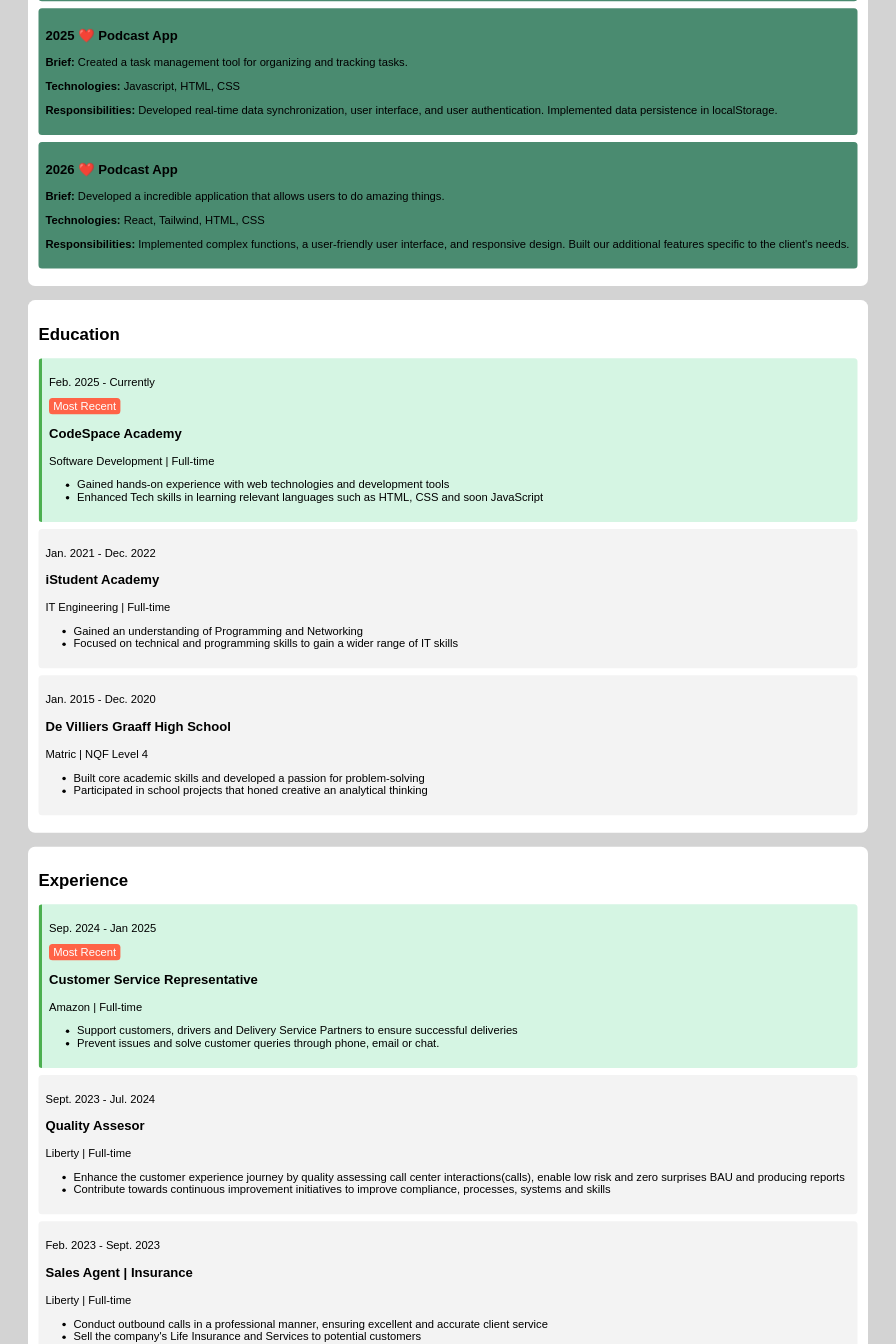
Repository: andajonas/ANDJON25111_fto2502_A2_AndaJonas_SDF_Portfolio_Piece
Page: index.html
The author's editor kept a copy of each file at every save. The page is drawn from the files as they stood at one save, then again after a run of saves.
The browser window is 1280 px wide. The pictures show the part of the page from y = 1024 to 2944 px (the page is 3128 px tall), at 70% of full size.
A picture or video elsewhere on the page could not be fetched, so the positions and the page height are approximate.

Above is the page before, as saved 2025-04-03 21:29:47.

### index.html
<!DOCTYPE html>
<html lang="en">
<head>
    <meta charset="UTF-8">
    <meta name="viewport" content="width=device-width, initial-scale=1.0">
    <title>Anda's Resume Project</title>
    <link rel="stylesheet" href="styles.css">
</head>
<body>

<div class="container">
    <!-- Profile Section -->
    <section class="profile">
        <img src="profile.jpg" alt="Profile Picture" class="profile-pic">
        <div class="profile-info">
            <h1>Anda Jonas</h1>
            <p>I am a beginner Software Developer passionate about building clean and responsive websites that are aesthetically pleasing as well as functional. I am always seeking to refine my skills and stay up to date with the latest trends.</p>
        </div>
    </section>

    <!-- Proficiency and Skills Section -->
    <section class="skills-container">
        <div class="proficiency">
            <h2>Proficiency</h2>
            <p><strong>Beginner Intermediate Advanced</strong></p>
            <p>JavaScript</p><div class="bar"><div class="progress" style="width: 10%;"></div></div>
            <p>React</p><div class="bar"><div class="progress" style="width: 10%;"></div></div>
            <p>Node.js</p><div class="bar"><div class="progress" style="width: 10%;"></div></div>
            <p>HTML + CSS</p><div class="bar"><div class="progress" style="width: 30%;"></div></div>
        </div>

        <div class="skills">
            <h2>Skills</h2>
            <div class="skill-tags">
                <span class="skill-item">Software Development</span>
                <span class="skill-item">Agile</span>
                <span class="skill-item">UI Design</span>
                <span class="skill-item">Problem Solving</span>
                <span class="skill-item">Git And Version Control</span>
                <span class="skill-item">Web Development</span>
                <span class="skill-item">Team Collaboration</span>
                <span class="skill-item">Functional Programming</span>
                <span class="skill-item">RESTful APIs</span>
            </div>
        </div>
    </section>

    <!-- Projects Section -->
    <section class="projects">
        <h2>Projects</h2>
        <div class="project-card">
            <h3>2025 ❤️ Portfolio Website</h3>
            <p><strong>Brief:</strong> Developed a personal portfolio website to showcase projects and skills.</p>
            <p><strong>Technologies:</strong> React, JavaScript, HTML, CSS</p>
            <p><strong>Responsibilities:</strong> Designed and implemented the website, ensured responsiveness and accessibility.</p>
        </div>

        <div class="project-card">
            <h3>2025 ❤️ Podcast App</h3>
            <p><strong>Brief:</strong> Developed a podcast application that allows users to search, subscribe, and listen to various podcasts.</p>
            <p><strong>Technologies:</strong> React, Tailwind, HTML, CSS</p>
            <p><strong>Responsibilities:</strong> Implemented search functionality, an audio player with playback controls, and integrated backend API.</p>
        </div>

        <div class="project-card">
            <h3>2025 ❤️ Podcast App</h3>
            <p><strong>Brief:</strong> Created a task management tool for organizing and tracking tasks.</p>
            <p><strong>Technologies:</strong> Javascript, HTML, CSS</p>
            <p><strong>Responsibilities:</strong> Developed real-time data synchronization, user interface, and user authentication. Implemented data persistence in localStorage.</p>
        </div>

        <div class="project-card">
            <h3>2026 ❤️ Podcast App</h3>
            <p><strong>Brief:</strong> Developed a incredible application that allows users to do amazing things.</p>
            <p><strong>Technologies:</strong> React, Tailwind, HTML, CSS</p>
            <p><strong>Responsibilities:</strong> Implemented complex functions, a user-friendly user interface, and responsive design. Built our additional features specific to the client's needs.</p>
        </div>
    </section>

    <!-- Education Section -->
    <section class="education">
        <h2>Education</h2>
        <div class="education-card green">
            <div class="exp-header">
                <p class="date">Feb. 2025 - Currently</p>
                <span class="tag">Most Recent</span>
            </div>
            <h3>CodeSpace Academy</h3>
            <p class="company">Software Development | Full-time</p>
            <ul>
                <li>Gained hands-on experience with web technologies and development tools</li>
                 <li>Enhanced Tech skills in learning relevant languages such as HTML, CSS and soon JavaScript</li>
        </div>

        <div class="education-card">
            <p class="date">Jan. 2021 - Dec. 2022</p>
            <h3>iStudent Academy</h3>
            <p class="company">IT Engineering | Full-time</p>
            <ul>
                <li>Gained an understanding of Programming and Networking</li>
                <li>Focused on technical and programming skills to gain a wider range of IT skills</li>
            </ul>
        </div>
        <div class="education-card">
            <p class="date">Jan. 2015 - Dec. 2020</p>
            <h3>De Villiers Graaff High School</h3>
            <p class="company">Matric | NQF Level 4</p>
            <ul>
                <li>Built core academic skills and developed a passion for problem-solving</li>
                <li>Participated in school projects that honed creative an analytical thinking</li>
            </ul>
        </div>
    </section>

    <!-- Experience Section -->
    <section class="experience">
        <h2>Experience</h2>
        <div class="experience-card green">
            <div class="exp-header">
                <p class="date">Sep. 2024 - Jan 2025</p>
                <span class="tag">Most Recent</span>
            </div>
            <h3>Customer Service Representative</h3>
            <p class="company">Amazon | Full-time</p>
            <ul>
                <li>Support customers, drivers and Delivery Service Partners to ensure successful deliveries</li>
                <li>Prevent issues and solve customer queries through phone, email or chat.</li>
        </div>

        <div class="experience-card">
            <p class="date">Sept. 2023 - Jul. 2024</p>
            <h3>Quality Assesor</h3>
            <p class="company">Liberty | Full-time</p>
            <ul>
                <li>Enhance the customer experience journey by quality assessing call center interactions(calls), enable low risk and zero surprises BAU and producing reports</li>
                <li>Contribute towards continuous improvement initiatives to improve compliance, processes, systems and skills</li>
            </ul>
        </div>
        <div class="experience-card">
            <p class="date">Feb. 2023 - Sept. 2023</p>
            <h3>Sales Agent | Insurance</h3>
            <p class="company">Liberty | Full-time</p>
            <ul>
                <li>Conduct outbound calls in a professional manner, ensuring excellent and accurate client service</li>
                <li>Sell the company's Life Insurance and Services to potential customers</li>
            </ul>
        </div>
    </section>

    <!-- Contact Section -->
    <section class="contact">
        <p class="contact-text">Let's chat! I'm ready to work on exciting projects.</p>
        <p class="contact-links">
            <a href="mailto:andajonas63@gmail.com">andajonas63@gmail.com</a> |
            <a href="tel:+27655461522"> 065 546 1522</a> |
            <a href="https://www.linkedin.com/in/anda-jonas/" target="_blank" rel="noopener noreferrer">LinkedIn</a> |
            <a href="https://github.com/andajonas" target="_blank" rel="noopener noreferrer"> GitHub</a>
        </p>
    </section>
</div>

</body>
</html>

### styles.css
/* General Layout */
body {
    font-family: Arial, sans-serif;
    margin: 0;
    padding: 0;
    background: #d3d3d3;
}

.container {
    max-width: 1200px;
    margin: auto;
    display: flex;
    flex-direction: column;
    gap: 20px;
}

/* Profile Section */
.profile {
    display: flex;
    align-items: center;
    padding: 20px;
    background: white;
    border-radius: 10px;
    line-height: 24px;

}

.profile-pic {
    width: 144px;
    height: 144px;
    border-radius: 24px;
    object-fit: cover;
    margin-right: 20px;
}

/* Skills Section */
.skills-container {
    display: flex;
    gap: 20px;
}

.proficiency, .skills {
    background: white;
    padding: 15px;
    border-radius: 10px;
    width: 50%;
}

.bar {
    width: 100%;
    height: 5px;
    background: #ddd;
    margin-bottom: 10px;
}

.progress {
    height: 5px;
    background: green;
}

.skill-tags {
    display: flex;
    flex-wrap: wrap;
    gap: 10px;
}

.skill-item {
    background: #ecf4f1;
    padding: 8px 14px;
    border-radius: 6px;
    font-size: 14px;
    display: inline-block;
}

/* Projects Section */
.projects {
    background: white;
    padding: 15px;
    border-radius: 10px;
    display: grid;
}

.project-card {
    background: #4A8B70;
    padding: 10px;
    border-radius: 5px;
    margin-bottom: 10px;
}

/* Education Section */
.education {
    background: white;
    padding: 15px;
    border-radius: 10px;
}

.education-card {
    background: #f3f3f3;
    padding: 10px;
    border-radius: 5px;
    margin-bottom: 10px;
}

/* Experience Section */
.experience {
    background: white;
    padding: 15px;
    border-radius: 10px;
}

.experience-card {
    background: #f3f3f3;
    padding: 10px;
    border-radius: 5px;
    margin-bottom: 10px;
}

.green {
    background: #d5f5e3;
    border-left: 5px solid #4caf50;
}

.tag {
    background: #ff6347;
    color: white;
    padding: 3px 6px;
    border-radius: 5px;
}

/* Contact Section */
.contact {
    background: #d35d36;
    color: white;
    text-align: center;
    padding: 15px;
    border-radius: 10px;
}

.contact-links a {
    color: white;
    font-weight: bold;
    text-decoration: none;
}

After the next 2 saves:
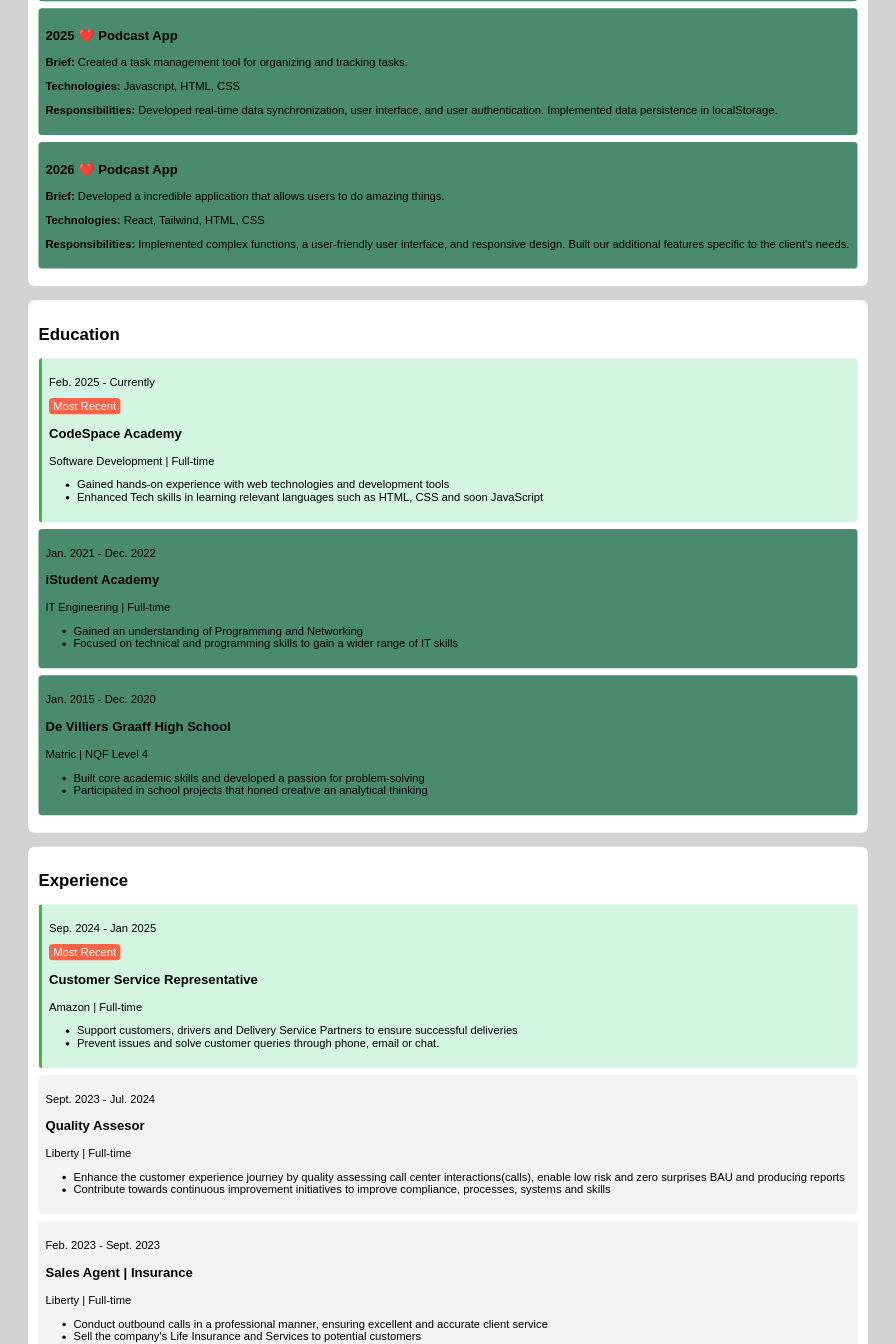
The 2 saves are shown as one change because they came seconds apart.
The last was saved 43 s later.
--- a/styles.css
+++ b/styles.css
@@ -95,7 +95,7 @@
 }
 
 .education-card {
-    background: #f3f3f3;
+    background: #4A8B70;
     padding: 10px;
     border-radius: 5px;
     margin-bottom: 10px;

After the 2 saves that followed:
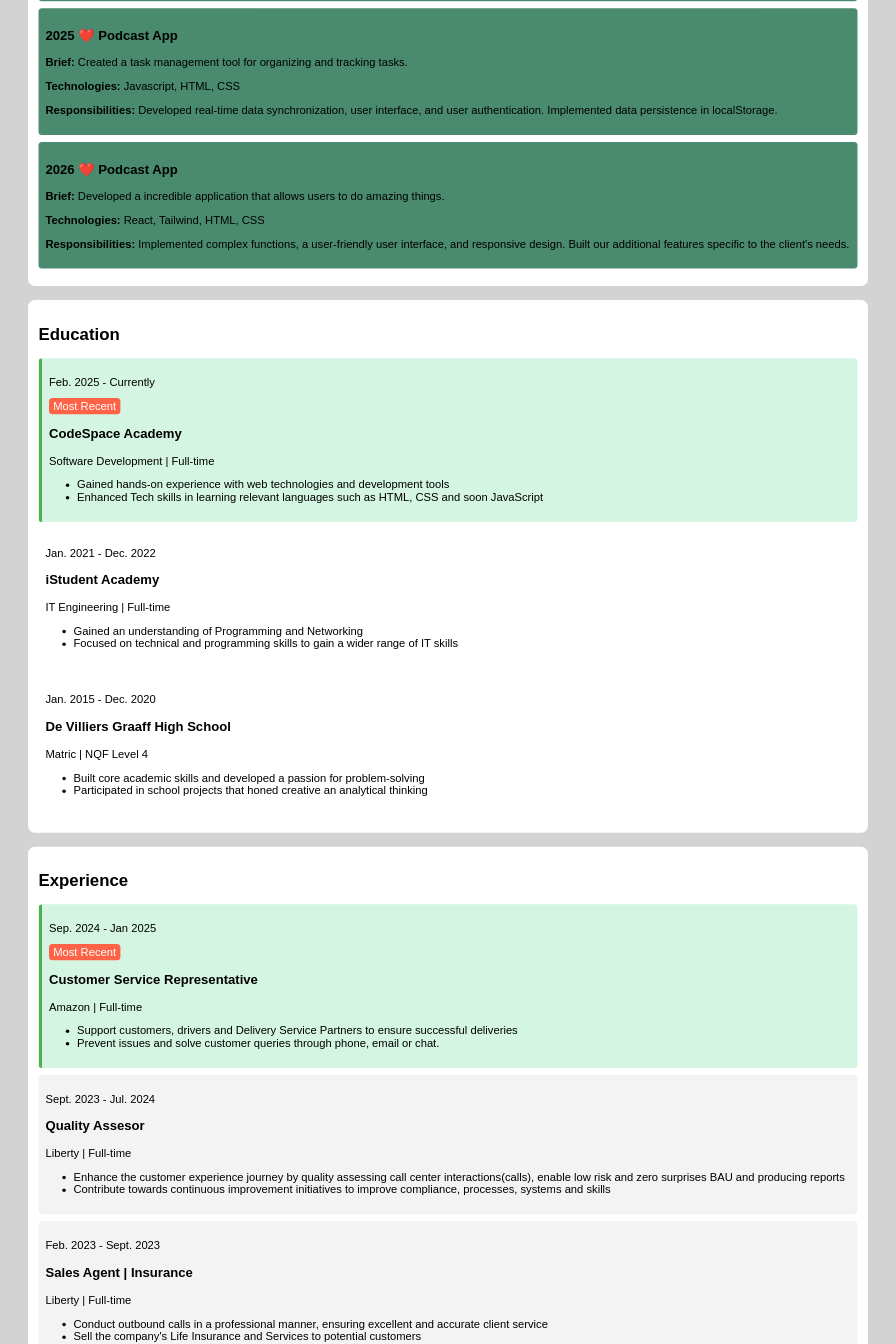
The 2 saves are shown as one change because they came seconds apart.
The last was saved 18 s later.
--- a/styles.css
+++ b/styles.css
@@ -95,7 +95,7 @@
 }
 
 .education-card {
-    background: #4A8B70;
+    background: #;
     padding: 10px;
     border-radius: 5px;
     margin-bottom: 10px;
